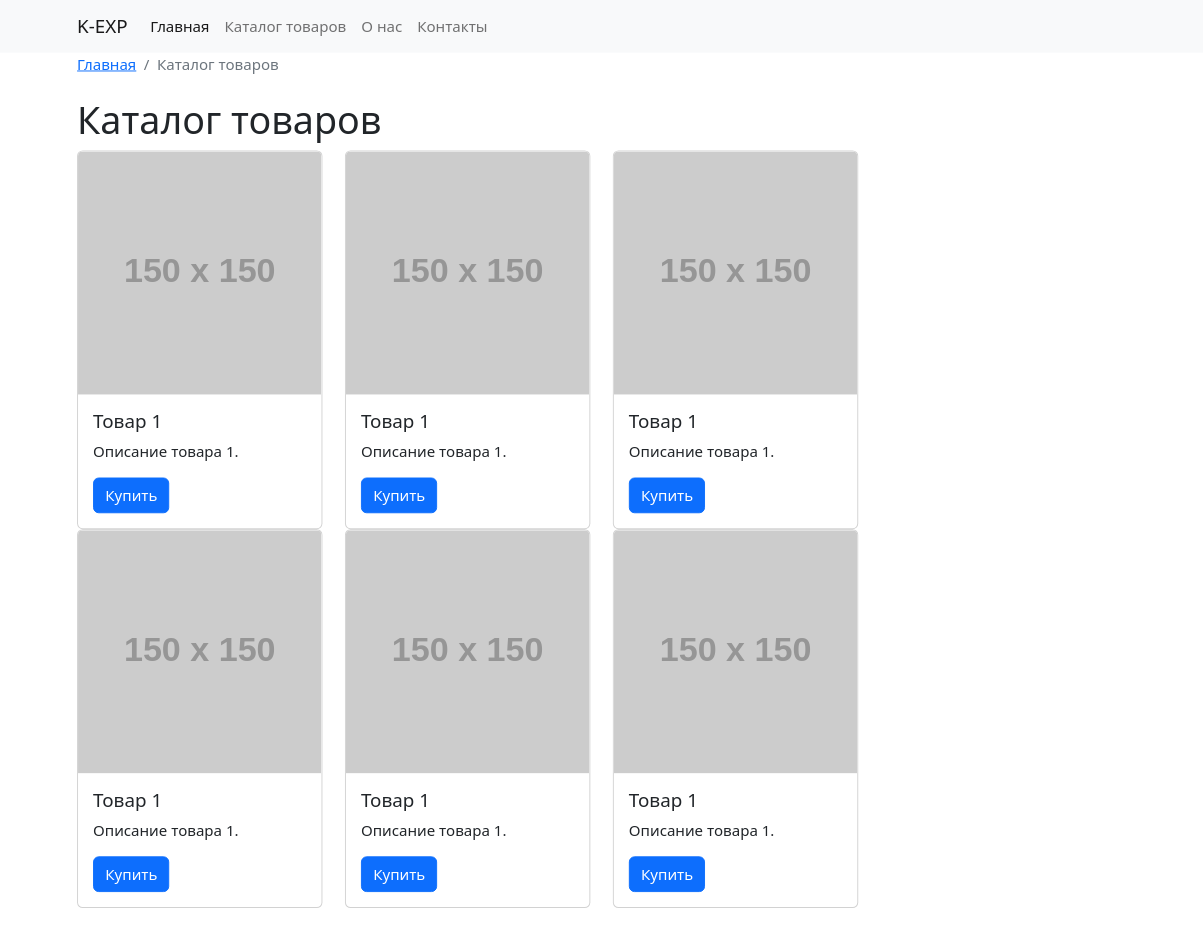
Repository: smartsoltech/kexp-shop
Page: main/catalog/templates/catalog/base.html
An editor plug-in stored every save of this project. The page is shown before and after the next save, followed by the edit.
The browser window is 1280 px wide. The pictures show the whole page, at 94% of full size.
The template is drawn by Django 4.2. The application's start-up code is not run. The template is opened directly, without the code that normally fills it, so the values that code supplies are empty.

Above is the page before, as saved 2023-03-14 16:00:04.

After the next save:
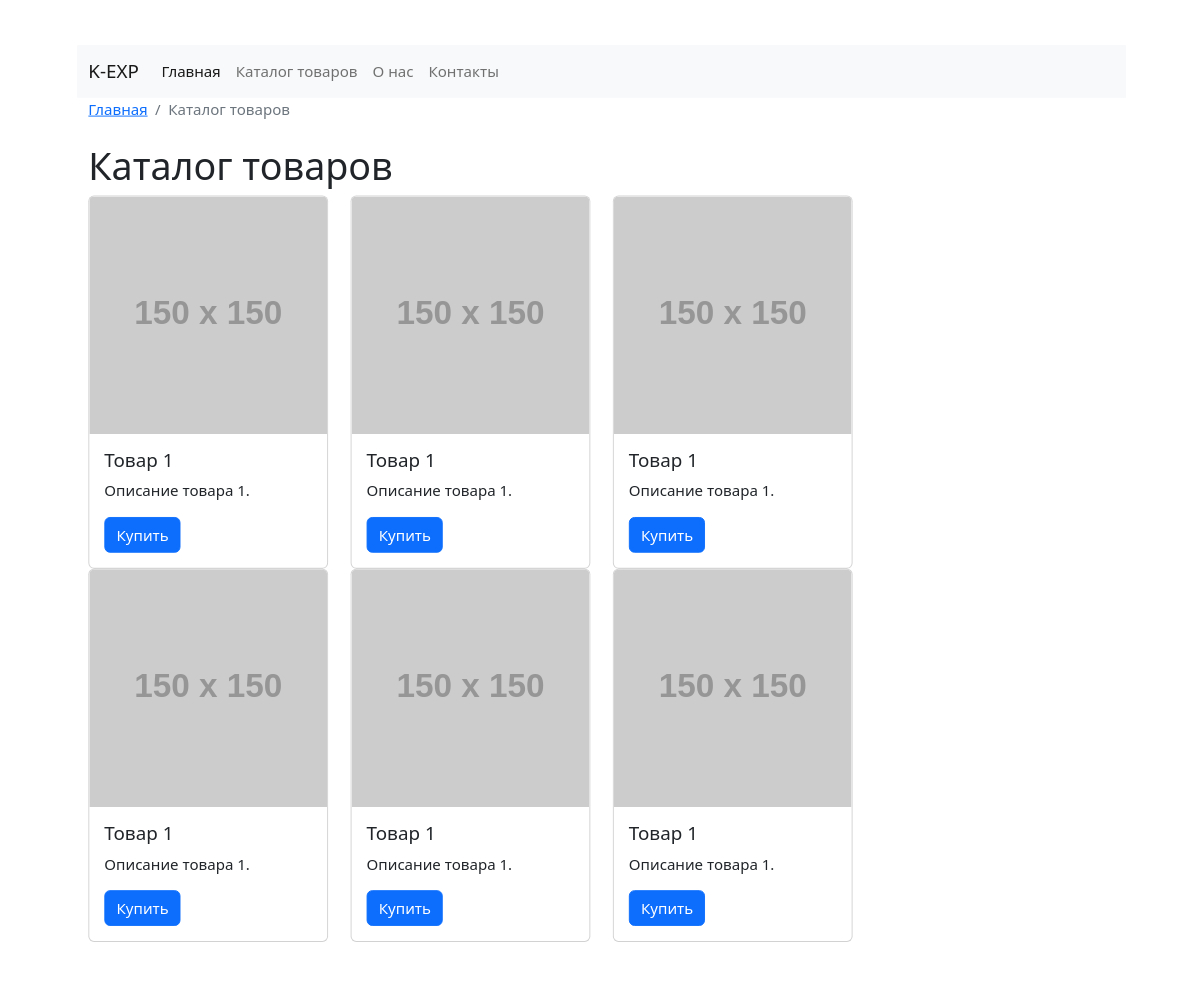
Saved 23 s later.
--- a/main/catalog/templates/catalog/base.html
+++ b/main/catalog/templates/catalog/base.html
@@ -7,7 +7,7 @@
   <!-- Подключение Bootstrap CSS -->
   <link rel="stylesheet" href="https://cdn.jsdelivr.net/npm/bootstrap@5.2.3/dist/css/bootstrap.min.css" integrity="sha384-rbsA2VBKQhggwzxH7pPCaAqO46MgnOM80zW1RWuH61DGLwZJEdK2Kadq2F9CUG65" crossorigin="anonymous"></head>
 <body>
-
+ <div class = "container my-5">
   <!-- Навигационная панель -->
   <nav class="navbar navbar-expand-lg navbar-light bg-light">
     <div class="container">
